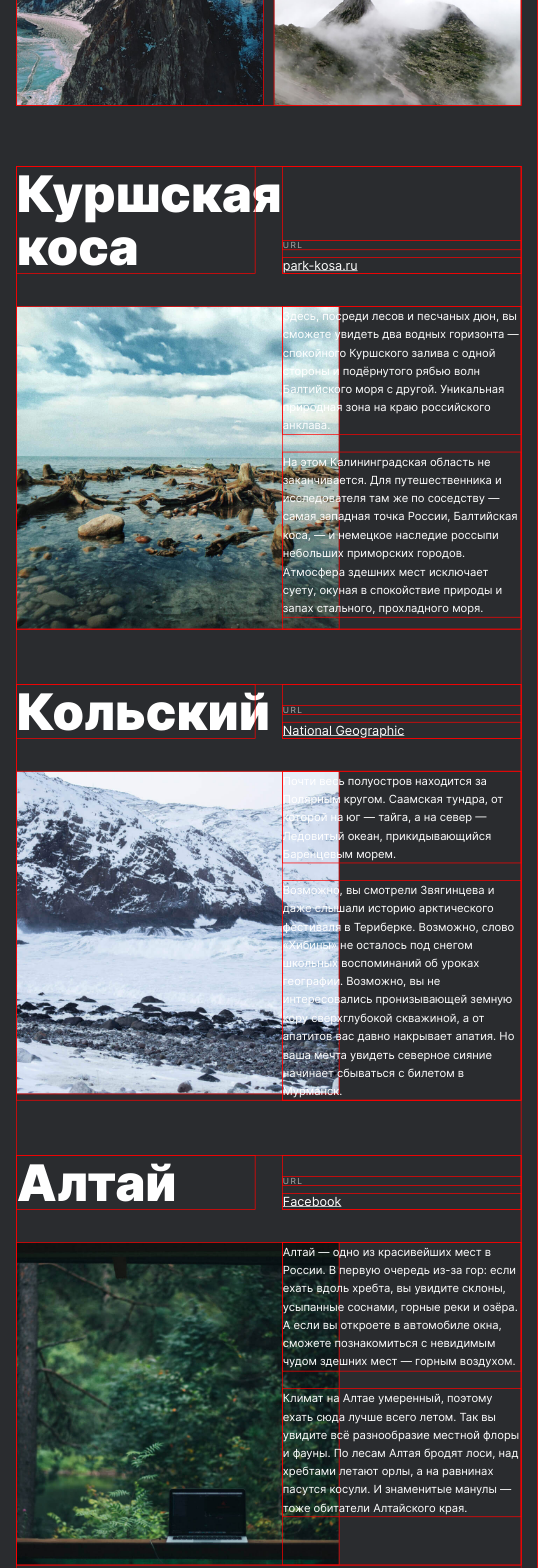
Repository: 89373611988/russia-travel
Page: index.html
These files come from the project's save history. The page is drawn as it stood at one moment and after the next save; the edit follows.
The browser window is 768 px wide. The pictures show the part of the page from y = 3075 to 5315 px (the page is 7681 px tall before and 7529 px after), at 70% of full size.

Above is the page before, as saved 2021-12-22 21:21:22.

After the next save:
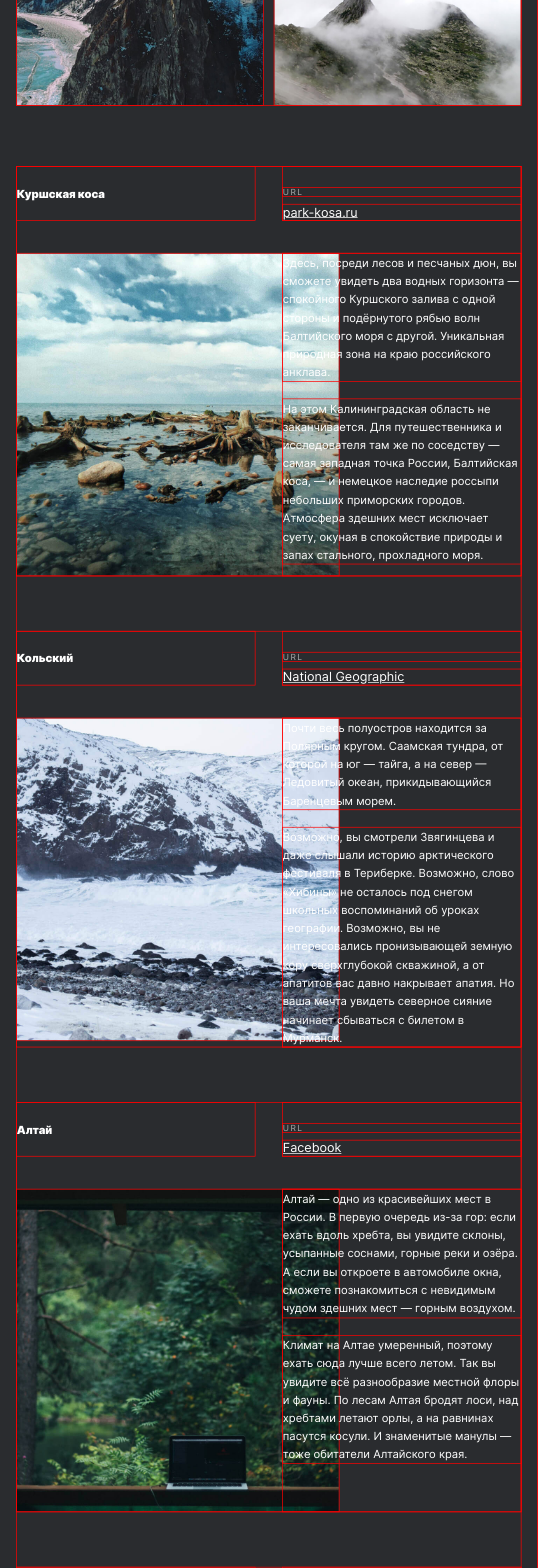
Saved 7 s later.
--- a/blocks/place/__title/place__title.css
+++ b/blocks/place/__title/place__title.css
@@ -5,9 +5,8 @@
   margin: 0;
 }
 
-
 @media (max-width: 768px) {
-  .place__paragraph {
+  .place__title {
     font-size: 16px;
   }
 }
